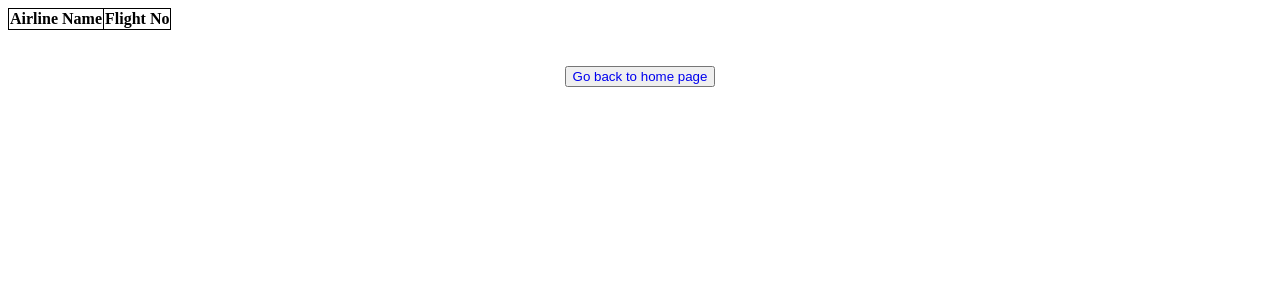
Repository: KartikMuchakandimath/Flyaway
Page: http://localhost/FlayAway/AirlineList.jsp
An editor plug-in stored every save of this project. The page is shown before and after the next save, followed by the edit.
The browser window is 1280 px wide. The pictures show the whole page.
The page is served by Tomcat 9. Queries for data that is not in the repository find no rows.

Above is the page before, as saved 2022-04-22 21:46:41.

After the next save:
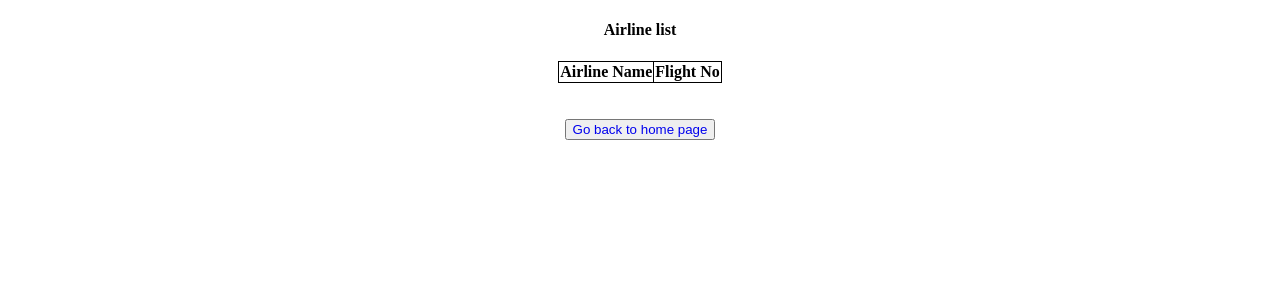
Saved 61 s later.
--- a/FlayAway/src/main/webapp/AirlineList.jsp
+++ b/FlayAway/src/main/webapp/AirlineList.jsp
@@ -17,6 +17,8 @@ table, th, td {
 </style>
 </head>
 <body>
+<center>
+<h4> Airline list </h4>
 <table>
 	<tr><th>Airline Name</th>
 	<th>Flight No</th>
